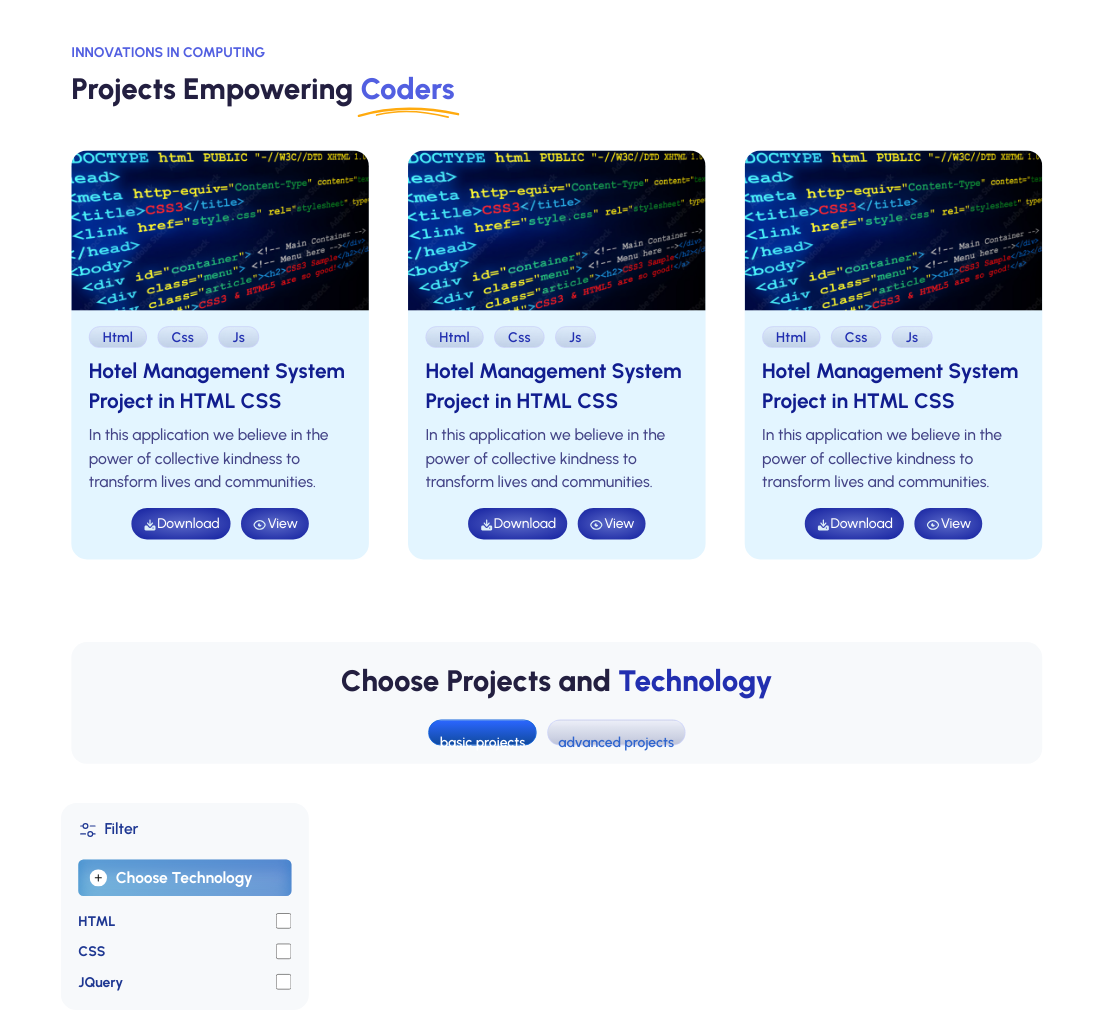
Repository: sharma171/jtccreativeideas
Page: /newsection (app in nextjssite/)
These files come from the project's save history. The page is drawn as it stood at one moment and after the next save; the edit follows.
The browser window is 1280 px wide. The pictures show the whole page, at 87% of full size.
The project was rebuilt for these pictures with package versions that can differ from the ones it lists, and the page was loaded fresh each time. The framework's server and built-in components were replaced by stand-ins that run in the browser. Also part of the build but not shown: nextjssite/next.config.mjs.

Above is the page before, as saved 2024-03-30 17:57:30.

### nextjssite/src/app/layout.js
// import { Inter } from "next/font/google";
// import "./globals.css";
import 'bootstrap/dist/css/bootstrap.min.css';

// const inter = Inter({ subsets: ["latin"] });

export const metadata = {
  title: "Create Next App",
  description: "Generated by create next app",
};

 const RootLayout = ({ children }) => {
  return (
    <html lang="en">
      <body>
        {/* Layout UI */}
        <main>{children}</main>
      </body>
    </html>
  )
}
export default RootLayout;

### nextjssite/src/app/newsection/page.jsx
import React from 'react'
import "./page.css"
import Headicon from "./after-head-icon.svg"
import Image from 'next/image'
import Link from 'next/link'
import Projimg1 from './images/projsection1.png'
import Projimg2 from './images/projsection2.png'
import Projimg3 from './images/projsection3.png'
import Downloadicon from './images/Download-icon.svg'
import Viewicon from './images/view-icon.svg'
const Page = () => {
    return(
        <>
        <section className="projects">
            <div className="container">
                <div className="col-flex main-head">
                    <h5 className="small-head">Innovations in Computing</h5>
                    <h3 className="bghead">Projects Empowering <span>Coders
                        <Image src={Headicon}></Image></span></h3>
                </div>
                <ul className="project-cards">
                    <li>

                        <div className="card-inner">
                            <Image src={Projimg1} alt="project" className="thumb"></Image>
                            <div className="info">
                                <div className="tech-info">
                                    <span>Html</span>
                                    <span>Css</span>
                                    <span>Js</span>
                                </div>
                                <Link href="/newsection" className="text-link">
                                    <h3 className="heading">
                                        Hotel Management System Project in HTML CSS
                                    </h3>
                                </Link>
                                <p className="cardpara">
                                    In this application we believe in the power of collective kindness to transform lives and communities.
                                </p>
                                <div className="card-button">
                                    <a href="" className="bot-button">
                                        <Image src={Downloadicon} alt='icon'></Image>
                                        Download
                                    </a>
                                    <a href="" className="bot-button">
                                        <Image src={Viewicon} alt='icon'></Image>
                                        View
                                    </a>
                                </div>
                            </div>
                        </div>
                    </li>
                    <li>

                            <div className="card-inner">
                                <Image src={Projimg1} alt="project" className="thumb"></Image>
                                <div className="info">
                                    <div className="tech-info">
                                        <span>Html</span>
                                        <span>Css</span>
                                        <span>Js</span>
                                    </div>
                                    <Link href="/newsection" className="text-link">
                                        <h3 className="heading">
                                            Hotel Management System Project in HTML CSS
                                        </h3>
                                    </Link>
                                    <p className="cardpara">
                                        In this application we believe in the power of collective kindness to transform lives and communities.
                                    </p>
                                    <div className="card-button">
                                        <a href="" className="bot-button">
                                            <Image src={Downloadicon} alt='icon'></Image>
                                            Download
                                        </a>
                                        <a href="" className="bot-button">
                                            <Image src={Viewicon} alt='icon'></Image>
                                            View
                                        </a>
                                    </div>
                                </div>
                            </div>
                    </li>
                    <li>

                            <div className="card-inner">
                                <Image src={Projimg1} alt="project" className="thumb"></Image>
                                <div className="info">
                                    <div className="tech-info">
                                        <span>Html</span>
                                        <span>Css</span>
                                        <span>Js</span>
                                    </div>
                                    <Link href="/newsection" className="text-link">
                                        <h3 className="heading">
                                            Hotel Management System Project in HTML CSS
                                        </h3>
                                    </Link>
                                    <p className="cardpara">
                                        In this application we believe in the power of collective kindness to transform lives and communities.
                                    </p>
                                    <div className="card-button">
                                        <a href="" className="bot-button">
                                            <Image src={Downloadicon} alt='icon'></Image>
                                            Download
                                        </a>
                                        <a href="" className="bot-button">
                                            <Image src={Viewicon} alt='icon'></Image>
                                            View
                                        </a>
                                    </div>
                                </div>
                            </div>
                    </li>
                </ul>
            </div>
        </section>
        <section className="project-category">
            <div className="container">
                <div className="ecom-head">
                    <h2 className="top-head">Choose Projects and <span>Technology</span></h2>
                    <div className="tabs">
                        <div className="tab-button active">basic projects</div>
                        <div className="tab-button">advanced projects</div>
                    </div>
                </div>
                <div class="row">
                    <div class="col-md-3 ecom-filter">
                        <div className="icon-tophead">
                            <svg width="24" height="24" viewBox="0 0 24 24" fill="none" xmlns="http://www.w3.org/2000/svg">
                                <path d="M3 7H6M6 7C6 8.65685 7.34315 10 9 10C10.6569 10 12 8.65685 12 7C12 5.34315 10.6569 4 9 4C7.34315 4 6 5.34315 6 7ZM3 17H9M18 17H21M18 17C18 18.6569 16.6569 20 15 20C13.3431 20 12 18.6569 12 17C12 15.3431 13.3431 14 15 14C16.6569 14 18 15.3431 18 17ZM15 7H21" stroke="#1E3792" stroke-width="1.5" stroke-linecap="round"/>
                            </svg>
                            <h3 className="head">
                                Filter
                            </h3>
                        </div>
                        <div className="filter-head">
                            <svg width="20" height="20" viewBox="0 0 20 20" fill="none" xmlns="http://www.w3.org/2000/svg">
                                <circle cx="10" cy="10" r="10" fill="white"/>
                                <path id="one" d="M6.5 10H13.5" stroke="#121212" stroke-width="1.2" stroke-linecap="round" stroke-linejoin="round"/>
                                <path id="two" d="M10 13.6L10 6.59998" stroke="#121212" stroke-width="1.2" stroke-linecap="round" stroke-linejoin="round"/>
                            </svg>
                            <h3 className="head">Choose Technology</h3>
                        </div>
                        <ul className="filter-techlist">
                            <li><label htmlFor="checklist1">HTML</label><input type="checkbox" id="checklist1" /></li>
                            <li><label htmlFor="checklist2">CSS</label><input type="checkbox" id="checklist2" /></li>
                            <li><label htmlFor="checklist3">JQuery</label><input type="checkbox" id="checklist3" /></li>
                        </ul>
                    </div>
                    <div class="col-md-9 ecom-content"></div>
                </div>
            </div>
        </section>
        </>
    )
}
export default Page;

### nextjssite/src/app/newsection/page.css
@import url('https://fonts.googleapis.com/css2?family=Urbanist:ital,wght@0,100..900;1,100..900&display=swap');
* {
    font-family: 'Urbanist', sans-serif;
    font-optical-sizing: auto;
}

section.projects {
    padding: 50px 0;
}
.main-head .small-head {
    color: #525fe1;
    font-size: 16px;
    font-weight: 700;
    text-transform: uppercase;
}
.main-head .bghead {
    color: #231f40;
    font-size: 34px;
    line-height: 1.5em;
    font-weight: 800;
}
.main-head .bghead span {
    color: #525fe1;
    position: relative;
}
.main-head .bghead span img {
    position: absolute;
    top: 100%;
    left: -5.9999999999999964px;
    width: 122.29999999999994px;
    height: 12.600000000000012px;
}
.project-cards {
    padding: 0;
    margin: 45px 0;
    list-style: none;
    display: flex;
    flex-direction: row;
    gap: 45px;
}
.project-cards li {
    width: calc(33.33333333333333% - 30px);
    border-radius: 18px;
    background: #E3F5FF;
}
.project-cards li .card-inner {
    display: flex;
    flex-direction: column;
    width: 100%;
    border-top-left-radius: 18px;
    border-top-right-radius: 18px;
}
.project-cards li .card-inner .thumb {
    width: 100%;
    max-width: 100%;
    height: auto;
    object-fit: cover;
    border-top-left-radius: 18px;
    border-top-right-radius: 18px;
}
.project-cards li .card-inner .info {
    padding: 18px 20px;
    display: flex;
    flex-direction: column;
    gap: 10px;
}

.project-cards li .card-inner .info .tech-info {
    display: flex;
    flex-direction: row;
    align-items: center;
    gap: 12px;
}
.project-cards li .card-inner .info .tech-info span {
    height: 25px;
    font-size: 16px;
    color: #222FB0;
    padding: 0 15px;
    font-weight: 600;
    letter-spacing: 0.3px;
    line-height: 16px;
    background: linear-gradient(181deg, #d2d7f152, #C0D0E7);
    align-content: center;
    border-radius: 19px;
    border: 1px solid #ccd3fbc2;
}
.project-cards li .card-inner .info .text-link {
    text-decoration: none;
}
.project-cards li .card-inner .info .heading {
    font-size: 24px;
    line-height: 1.4em;
    font-weight: 700;
    color: #111D8F;
    margin: 0;
}
.project-cards li .card-inner .info .cardpara {
    font-size: 18px;
    line-height: 1.5em;
    font-weight: 500;
    color: #444487;
    margin: 0 0 6px 0;
}
.project-cards li .card-inner .info .card-button {
    display: flex;
    flex-direction: row;
    align-items: center;
    justify-content: center;
    gap: 12px;
    margin-bottom: 5px;
}
.project-cards li .card-inner .info .card-button .bot-button {
    background: radial-gradient(#5C6AC8, #121F9F);
    padding: 6px 13px;
    font-size: 16px;
    line-height: 1.5em;
    align-content: center;
    border-radius: 20px;
    text-decoration: none;
    color: #fff;
    font-weight: 500;
}
@media (max-width: 1200px) and (min-width:992px){
    .project-cards li .card-inner .info .tech-info span{
        font-size: 14px;
        padding: 0 12px;
        height: 20px;
    }
    .project-cards li .card-inner .info .tech-info {
        gap: 8px;
    }
    .project-cards li .card-inner .info .heading {
        font-size: 20px;
    }
    .project-cards li .card-inner .info .cardpara {
        font-size: 15px;
        line-height: 1.3em;
    }

    .project-cards {
        gap:18px;

    }
    .project-cards li {
        width: calc(33.33333333333333% - 12.8px);
    }
    .project-cards li .card-inner .info .card-button .bot-button {
        padding: 4px 11px;
        font-size: 14px;
        line-height: 1.4em;
    }
}
@media (max-width: 991px) and (min-width:768px){
    .project-cards li .card-inner .info .tech-info span{
        font-size: 14px;
        padding: 0 12px;
        height: 20px;
    }
    .project-cards li .card-inner .info .tech-info {
        gap: 8px;
    }
    .project-cards li .card-inner .info .heading {
        font-size: 20px;
    }
    .project-cards li .card-inner .info .cardpara {
        font-size: 15px;
        line-height: 1.3em;
        margin-bottom: 4px;
    }

    .project-cards {
        gap:18px;

    }
    .project-cards li {
        width: calc(33.33333333333333% - 12.8px);
    }
    .project-cards li .card-inner .info {
        padding: 12px 12px;
        gap:6px;
    }
    .project-cards li .card-inner .info .card-button .bot-button img {
        width: 16px;
        height: 16px;
        margin: -3px 2px 0 0;
    }
    .project-cards li .card-inner .info .card-button .bot-button {
        padding: 4px 11px;
        font-size: 12px;
        line-height: 1.4em;
    }
}
@media (max-width: 768px) and (min-width:500px) {
    .project-cards {
        max-width: 100%;
        overflow-x: scroll;
        overflow-y: hidden;
    }
    .project-cards li {
        width: 519px;
        min-width: 371px;
    }
}
@media (max-width: 500px) and (min-width:0px) {
    .project-cards {
        max-width: 100%;
        overflow-x: scroll;
        overflow-y: hidden;
    }
    .project-cards li {
        width: 330px;
        min-width: 300px;
    }
    .project-cards li .card-inner .info {
        padding: 12px 12px;
        gap:6px;
    }
    .project-cards li .card-inner .info .card-button .bot-button img {
        width: 16px;
        height: 16px;
        margin: -3px 2px 0 0;
    }
    .project-cards li .card-inner .info .card-button .bot-button {
        padding: 4px 11px;
        font-size: 12px;
        line-height: 1.4em;
    }
    .project-cards li .card-inner .info .tech-info span {
        font-size: 14px;
        padding: 0 12px;
        height: 20px;
    }
    .project-cards li .card-inner .info .tech-info {
        gap: 8px;
    }
    .project-cards li .card-inner .info .heading {
        font-size: 18px;
    }
    .project-cards li .card-inner .info .cardpara {
        font-size: 15px;
        line-height: 1.3em;
        margin-bottom: 4px;
    }
    .project-cards {
        gap:18px;
    }
}
.ecom-head {
    display: flex;
    flex-direction: column;
    gap: 12px;
    align-items: center;
    padding: 21px 0;
    background: #F7F9FB;
    border-radius: 18px;
    margin-bottom: 45px;
}
.ecom-head .top-head {
    font-size: 34px;
    line-height: 1.4em;
    font-weight: 800;
    color: #231F40;
}
.ecom-head .top-head span {
    color: #222FB0;
}
.ecom-head .tabs {
    display: flex;
    flex-direction: row;
    align-items: center;
    gap: 12px;
}
.ecom-head .tabs .tab-button.active {
    height: 25px;
    align-content: center;
    padding: 14px 12px;
    background: linear-gradient(#2B66FF, #104A9E);
    border-radius: 18px;
    font-size: 16px;
    font-weight: 600;
    color: #fff;
    border: 1px solid #1163DB;
}
.ecom-head .tabs .tab-button.active:hover {
    background: linear-gradient(#d2d7f149, #3844894b);
    border-radius: 18px;
    font-weight: 600;
    color: #2F65CE;
    border: 1px solid #ccd3fbbd;
}
.ecom-head .tabs .tab-button:hover {
    background: linear-gradient(#2B66FF, #104A9E);
    border-radius: 18px;
    font-size: 16px;
    font-weight: 600;
    color: #fff;
    border: 1px solid #1163DB;
}
.ecom-head .tabs .tab-button {
    height: 25px;
    align-content: center;
    padding: 14px 12px;
    background: linear-gradient(#d2d7f149, #3844894b);
    border-radius: 18px;
    font-weight: 600;
    color: #2F65CE;
    border: 1px solid #ccd3fbbd;
    transition: all 0.3s;
    cursor: pointer;
}
.ecom-filter {
    background: #F7F9FB;
    padding: 20px;
    border-radius: 18px;
    display: flex;
    flex-direction: column;
    gap: 16px;
}
.ecom-filter .icon-tophead {
    display: flex;
    flex-direction: row;
    gap: 8px;
}
.ecom-filter .icon-tophead svg {
    width: 22px;
    height: 22px;
}
.ecom-filter .icon-tophead .head {
    font-size: 18px;
    font-weight: 600;
    color: #1E3792;
}
.ecom-filter .filter-head {
    display: flex;
    flex-direction: row;
    background: linear-gradient(128deg, #16a0cb54, #0027b25c);
    align-items: center;
    align-content: center;
    box-shadow: inset #0771be54 0px -19px 15px, inset #075bbe7d 0px 21px 20px;
    border-radius: 6px;
    padding: 8px 13px;
    gap: 10px;
}
.ecom-filter .filter-head .head {
    font-size: 18px;
    line-height: 26px;
    font-weight: 700;
    color: #ffffff;
    margin: 0;
}
.ecom-filter .filter-techlist {
    display: flex;
    flex-direction: column;
    gap: 10px;
    list-style: none;
    margin: 0;
    padding: 0;
}
.ecom-filter .filter-techlist li {
    display: flex;
    flex-direction: row;
}
.ecom-filter .filter-techlist li label {
    width: 100%;
    font-size: 16px;
    line-height: 25px;
    font-weight: 700;
    color: #1E3792;
}
.ecom-filter .filter-techlist li label + input[type="checkbox"] {
    border-color: #1E3792 !important;
    width: 20px;
}

After the next save:
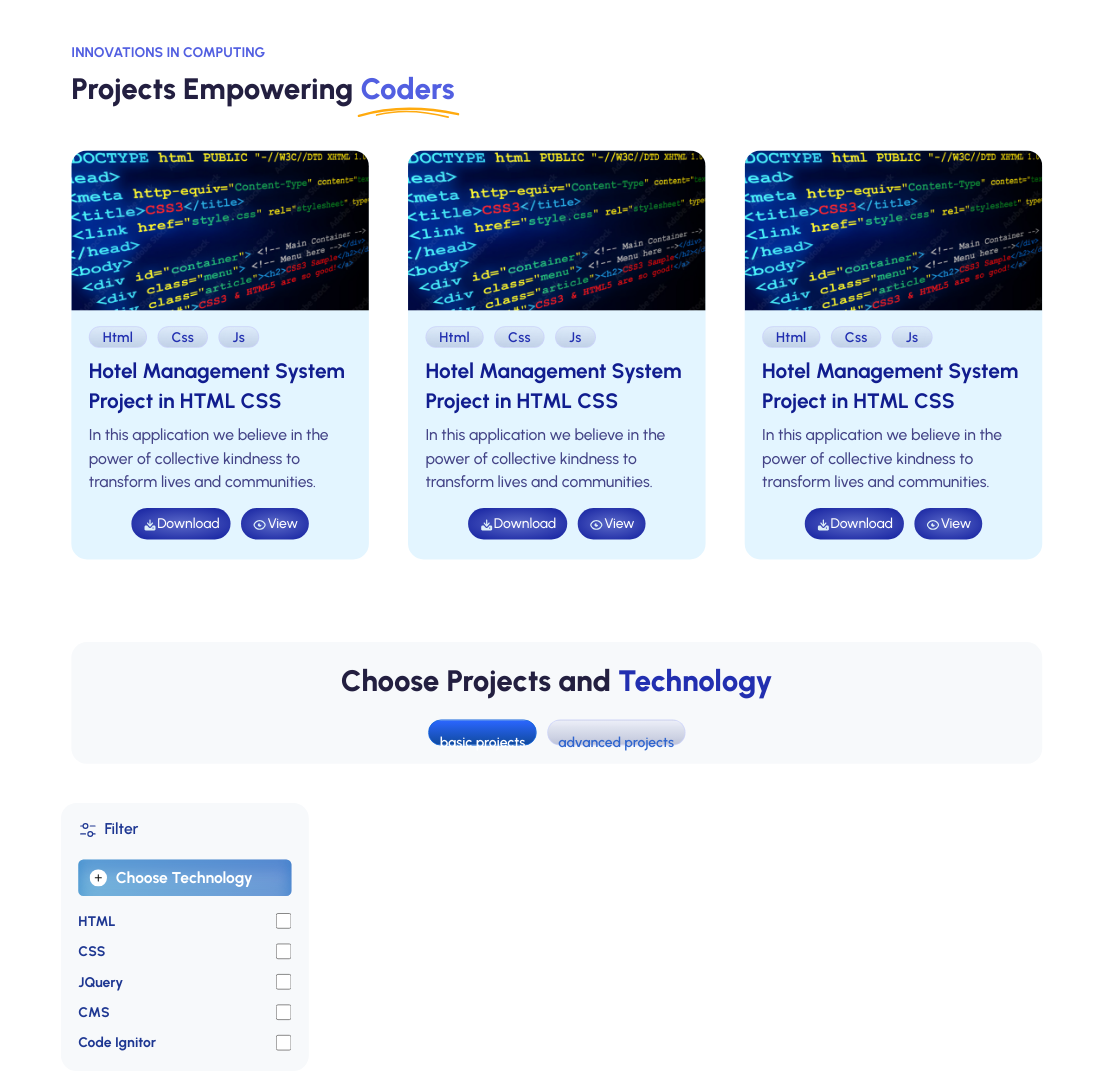
Saved 55 s later.
--- a/nextjssite/src/app/newsection/page.jsx
+++ b/nextjssite/src/app/newsection/page.jsx
@@ -146,6 +146,8 @@ const Page = () => {
                             <li><label htmlFor="checklist1">HTML</label><input type="checkbox" id="checklist1" /></li>
                             <li><label htmlFor="checklist2">CSS</label><input type="checkbox" id="checklist2" /></li>
                             <li><label htmlFor="checklist3">JQuery</label><input type="checkbox" id="checklist3" /></li>
+                            <li><label htmlFor="checklist3">CMS</label><input type="checkbox" id="checklist3" /></li>
+                            <li><label htmlFor="checklist3">Code Ignitor</label><input type="checkbox" id="checklist3" /></li>
                         </ul>
                     </div>
                     <div class="col-md-9 ecom-content"></div>
